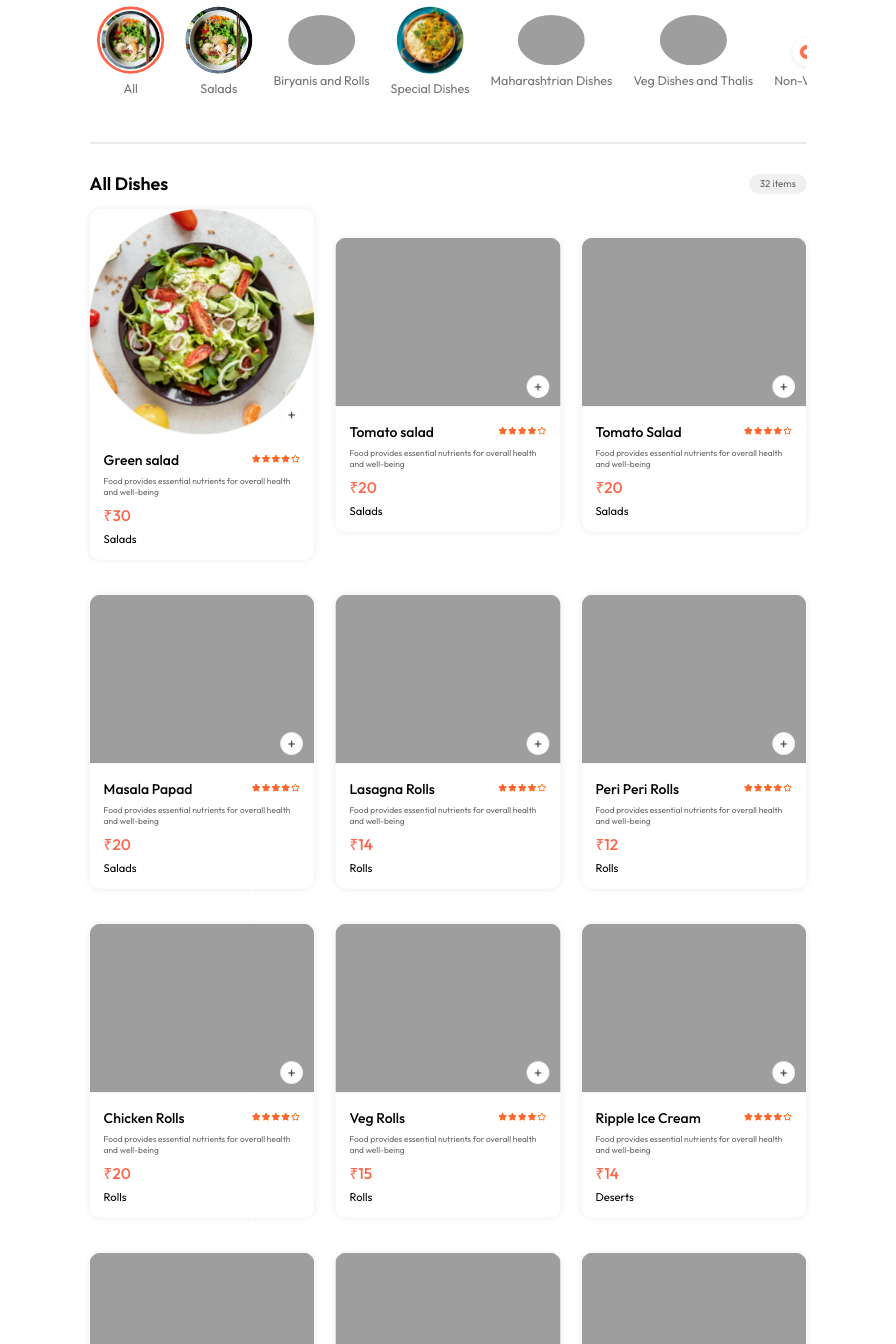
Repository: keyursanglikar/Hotel-Manangement
Page: / (app in frontend/)
The author's editor kept a copy of each file at every save. The page is drawn from the files as they stood at one save, then again after the next save.
The browser window is 1280 px wide. The pictures show the part of the page from y = 764 to 2684 px (the page is 9452 px tall), at 70% of full size.
Pictures or frames that could not be fetched are drawn as grey boxes. The page's requests for data from a server got no answer. The project was rebuilt for these pictures with package versions that can differ from the ones it lists, and the page was loaded fresh each time. No one was signed in, and anything a server would have sent is missing. Also part of the build but not shown: frontend/vite.config.js, frontend/src/pages/Cart/Cart.css, frontend/src/pages/Cart/Cart.jsx, frontend/src/pages/PlaceOrder/PlaceOrder.jsx, frontend/src/components/LoginPopup/LoginPopup.css, frontend/src/components/LoginPopup/LoginPopup.jsx, frontend/src/pages/Verify/Verify.css, frontend/src/pages/Verify/Verify.jsx and 2 more.

Above is the page before, as saved 2025-12-05 10:03:33.

After the next save:
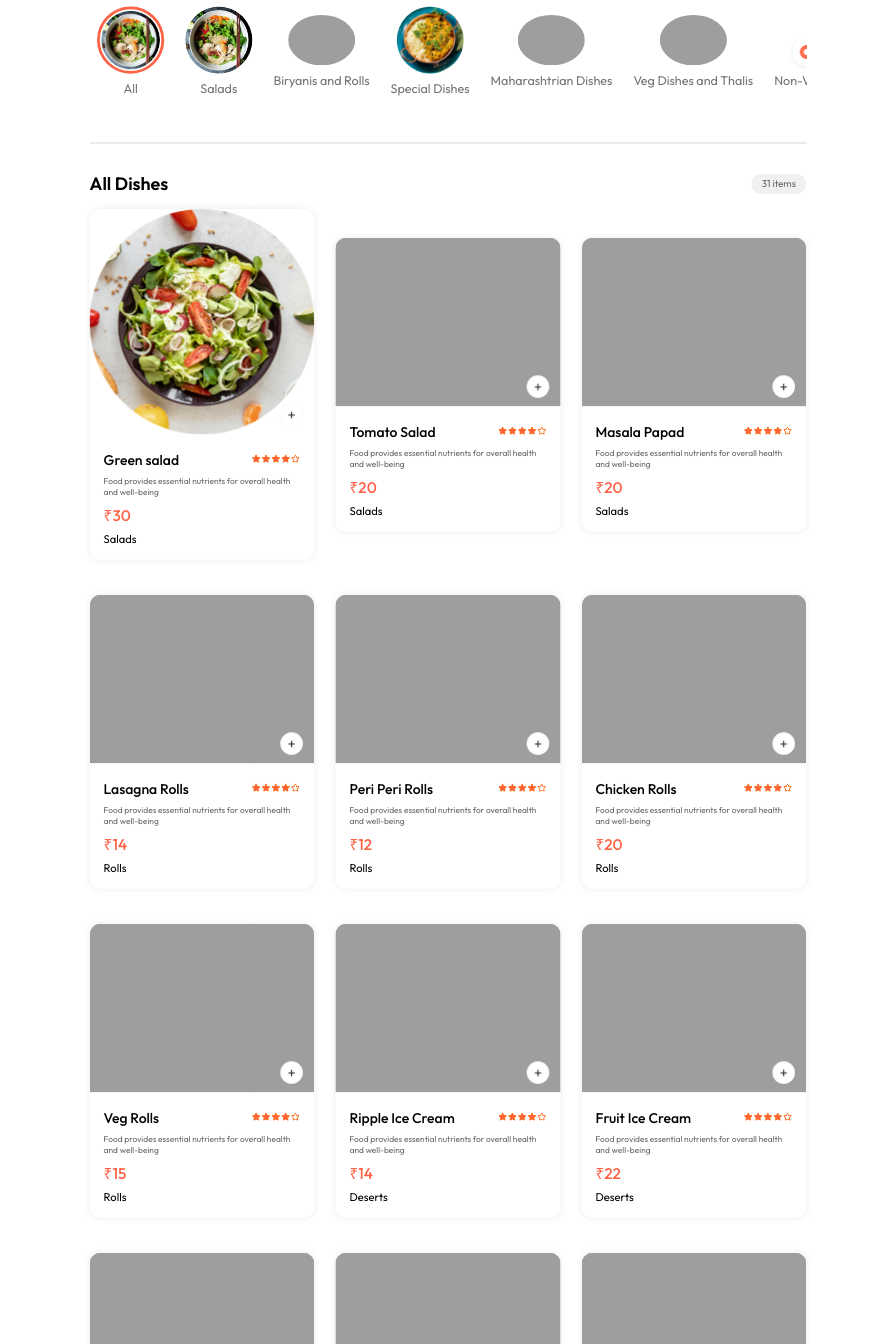
Saved 4 s later.
--- a/frontend/src/assets/assets.js
+++ b/frontend/src/assets/assets.js
@@ -556,14 +556,14 @@ export const food_list = [
         description: "Food provides essential nutrients for overall health and well-being",
         category: "Salads"
     },
-    {
-        _id: "2",
-        name: "Tomato salad",
-        image: getFoodImage("food_2"),
-        price: 20,
-        description: "Food provides essential nutrients for overall health and well-being",
-        category: "Salads"
-    },
+    // {
+    //     _id: "2",
+    //     name: "Tomato salad",
+    //     image: getFoodImage("food_2"),
+    //     price: 20,
+    //     description: "Food provides essential nutrients for overall health and well-being",
+    //     category: "Salads"
+    // },
     {
         _id: "3",
         name: "Tomato Salad",
